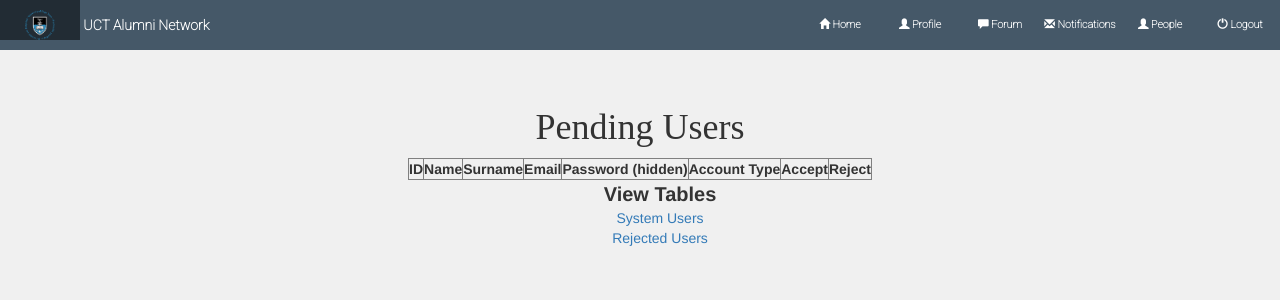
Repository: lorna-k/Workspace
Page: http://localhost/Alumni-2/JSP/PendingUsers.jsp
An editor plug-in stored every save of this project. The page is shown before and after the next save, followed by the edit.
The browser window is 1280 px wide. The pictures show the whole page.
Some web fonts or font styles are not loaded; a fallback is used. The page is served by Tomcat 9. Queries for data that is not in the repository find no rows.

Above is the page before, as saved 2016-09-15 16:02:07.

After the next save:
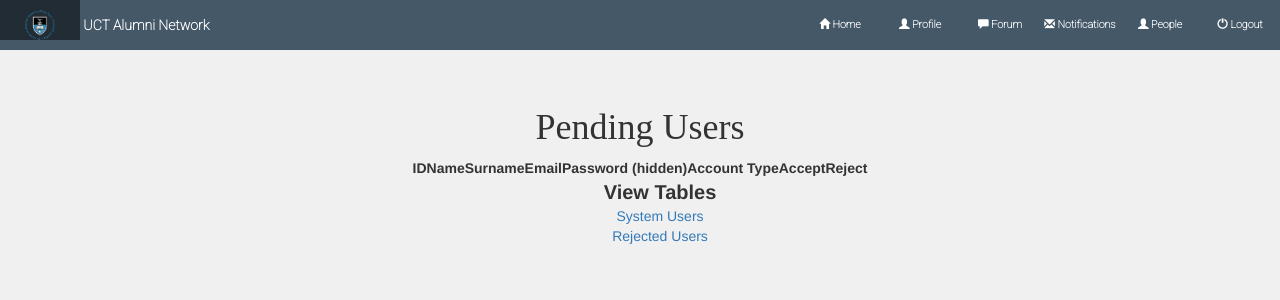
Saved 5 min 18 s later.
--- a/Alumni/Alumni-2/WebContent/JSP/PendingUsers.jsp
+++ b/Alumni/Alumni-2/WebContent/JSP/PendingUsers.jsp
@@ -91,7 +91,7 @@
         <div align="center">
 			<form action="${pageContext.request.contextPath}/ProcessRequest" method="post">
 
-		        <TABLE BORDER="1">
+		        <TABLE clas="table-bordered">
 		            <TR>
 		                <TH>ID</TH>
 		                <TH>Name</TH>
